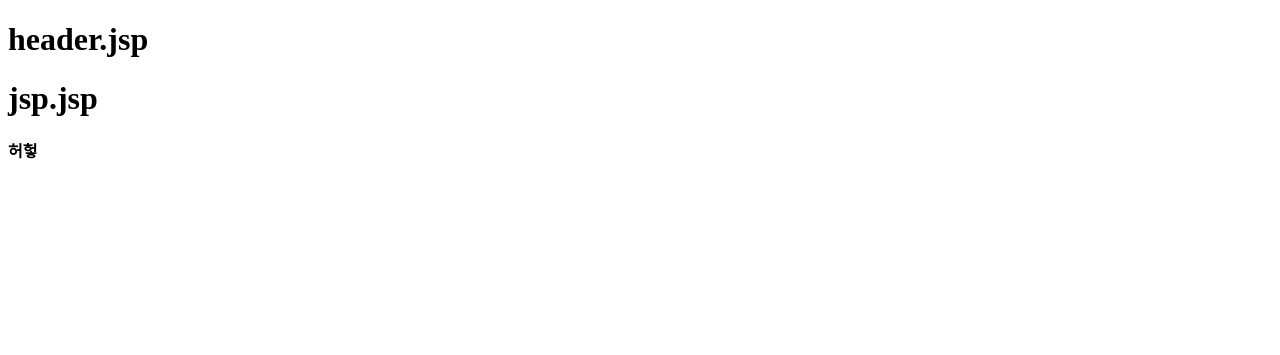
Repository: JaeWon-Sim/Project
Page: http://localhost/_4_project_jsp/jsp.jsp
An editor plug-in stored every save of this project. The page is shown before and after the next save, followed by the edit.
The browser window is 1280 px wide. The pictures show the whole page.
The page is served by Tomcat 9.

Above is the page before, as saved 2025-08-21 06:05:49.

After the next save:
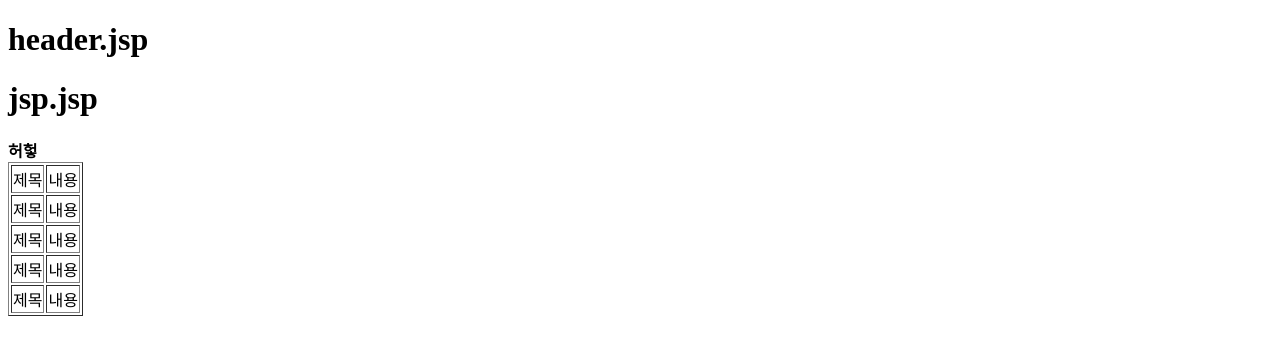
Saved 4 min 6 s later.
--- a/workspace_java/_4_project_jsp/src/main/webapp/jsp.jsp
+++ b/workspace_java/_4_project_jsp/src/main/webapp/jsp.jsp
@@ -42,5 +42,18 @@
 	out.println("<strong>허헣</strong>");
 %>
 
+<table border=1>
+<%
+	for(int i=0; i<5; i++){
+%>
+<tr>
+	<td>제목</td>
+	<td>내용</td>
+</tr>
+<%
+	}
+%>
+</table>
+
 </body>
 </html>
